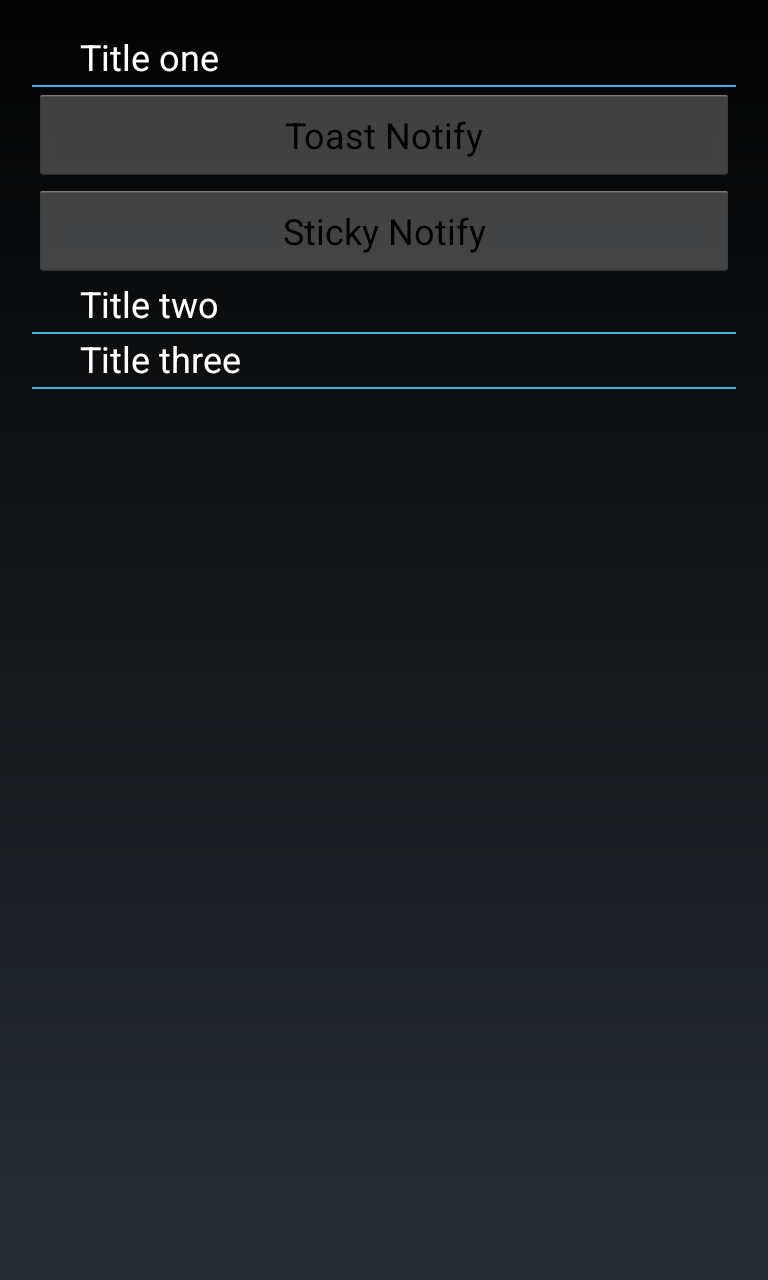
Repository: zubke/NotifyLib
Layout: Android-NotifySample/res/layout/activity_main.xml
The author's editor kept a copy of each file at every save. The layout is drawn from the files as they stood at one save, then again after the next save.
It is drawn on a 768 x 1280 px phone screen (xhdpi) without system bars, with theme AppTheme; the app's code is not run.

Above is the layout before, as saved 2013-10-07 19:34:56.

### Android-NotifySample/res/layout/activity_main.xml
<?xml version="1.0" encoding="utf-8"?>
<ScrollView xmlns:android="http://schemas.android.com/apk/res/android"
    android:layout_width="fill_parent"
    android:layout_height="fill_parent"
    android:background="@drawable/app_background" >

    <LinearLayout
        android:layout_width="match_parent"
        android:layout_height="wrap_content"
        android:orientation="vertical"
        android:paddingBottom="@dimen/activity_vertical_margin"
        android:paddingLeft="@dimen/activity_horizontal_margin"
        android:paddingRight="@dimen/activity_horizontal_margin"
        android:paddingTop="@dimen/activity_vertical_margin" >

        <TextView
            style="@style/Title"
            android:layout_width="wrap_content"
            android:layout_height="wrap_content"
            android:text="@string/title_one" />

        <View
            android:layout_width="match_parent"
            android:layout_height="@dimen/divider_height"
            android:layout_marginTop="@dimen/view_margin_top"
            android:background="@color/ics_blue_main" />

        <Button
            android:id="@+id/button1"
            android:layout_width="match_parent"
            android:layout_height="wrap_content"
            android:layout_below="@+id/textView1"
            android:text="Toast Notify" />

        <Button
            android:id="@+id/button2"
            android:layout_width="match_parent"
            android:layout_height="wrap_content"
            android:layout_below="@+id/button1"
            android:text="Sticky Notify" />

        <TextView
            style="@style/Title"
            android:layout_width="wrap_content"
            android:layout_height="wrap_content"
            android:text="@string/title_two" />

        <View
            android:layout_width="match_parent"
            android:layout_height="@dimen/divider_height"
            android:layout_marginTop="@dimen/view_margin_top"
            android:background="@color/ics_blue_main" />

                <TextView
            style="@style/Title"
            android:layout_width="wrap_content"
            android:layout_height="wrap_content"
            android:text="@string/title_three" />

        <View
            android:layout_width="match_parent"
            android:layout_height="@dimen/divider_height"
            android:layout_marginTop="@dimen/view_margin_top"
            android:background="@color/ics_blue_main" />

    </LinearLayout>

</ScrollView>

### Android-NotifySample/res/values/styles.xml
<resources xmlns:android="http://schemas.android.com/apk/res/android">

    <!--
        Base application theme, dependent on API level. This theme is replaced
        by AppBaseTheme from res/values-vXX/styles.xml on newer devices.
    -->
    <style name="AppBaseTheme" parent="android:Theme.Light">
        <!--
            Theme customizations available in newer API levels can go in
            res/values-vXX/styles.xml, while customizations related to
            backward-compatibility can go here.
        -->
    </style>

    <!-- Application theme. -->
    <style name="AppTheme" parent="AppBaseTheme">
        <!-- All customizations that are NOT specific to a particular API-level can go here. -->
    </style>


    <style name="Title" parent="android:style/Widget.TextView">
        <item name="android:layout_marginLeft">@dimen/title_margin_left</item>
        <item name="android:layout_marginRight">@dimen/title_margin_right</item>
        <item name="android:textAppearance">@android:style/TextAppearance.Medium</item>
        <item name="android:textColor">@color/white</item>
    </style>

    <style name="Content" parent="android:style/Widget.TextView">
        <item name="android:textColor">@color/white</item>
        <item name="android:textAppearance">@android:style/TextAppearance.Small</item>
    </style>

</resources>

### Android-NotifySample/res/drawable/app_background.xml
<?xml version="1.0" encoding="utf-8"?>
<shape
    xmlns:android="http://schemas.android.com/apk/res/android"
    android:shape="rectangle">
    >
<gradient
    android:angle="270"
    android:startColor="#ff020202"
    android:endColor="#ff272D33"
    android:type="linear" />
</shape>

### Android-NotifySample/res/values/dimens.xml
<resources>

    <!-- Default screen margins, per the Android Design guidelines. -->
    <dimen name="activity_horizontal_margin">16dp</dimen>
    <dimen name="activity_vertical_margin">16dp</dimen>
    <!--  Default title margins -->
    <dimen name="title_margin_left">24dp</dimen>
    <dimen name="title_margin_top">18dp</dimen>
	<dimen name="title_margin_right">16dp</dimen>
	<!--  -->
	<dimen name="view_margin_top">2dp</dimen>
	<dimen name="divider_height">1dp</dimen>
</resources>

### Android-NotifySample/res/values/strings.xml
<?xml version="1.0" encoding="utf-8"?>
<resources>

    <string name="app_name">Android-NotifySample</string>
    <string name="action_settings">Settings</string>
    <string name="hello_world">Hello world!</string>
	<string name="title_one">Title one</string>
	<string name="title_two">Title two</string>
	<string name="title_three">Title three</string>
	<string name="content_one">Hebban olla uogala nestas hagunnan hinase hic anda thu uuat unbidan uue nu</string>
	<string name="content_two">Hebban olla uogala nestas hagunnan hinase hic anda thu uuat unbidan uue nu</string>
		<string name="content_three">Hebban olla uogala nestas hagunnan hinase hic anda thu uuat unbidan uue nu</string>

</resources>

### Android-NotifySample/res/values/colors.xml
<?xml version="1.0" encoding="utf-8"?>
<resources>

    <color name="ics_blue_main">#33B5E5</color>
    <color name="ics_blue_sec">#0099CC</color>
    <color name="white">#FFFFFF</color>
</resources>

Loaded but not shown: Android-NotifySample/res/values-v11/styles.xml (common file); Android-NotifySample/res/values-v14/styles.xml (common file)

After the next save:
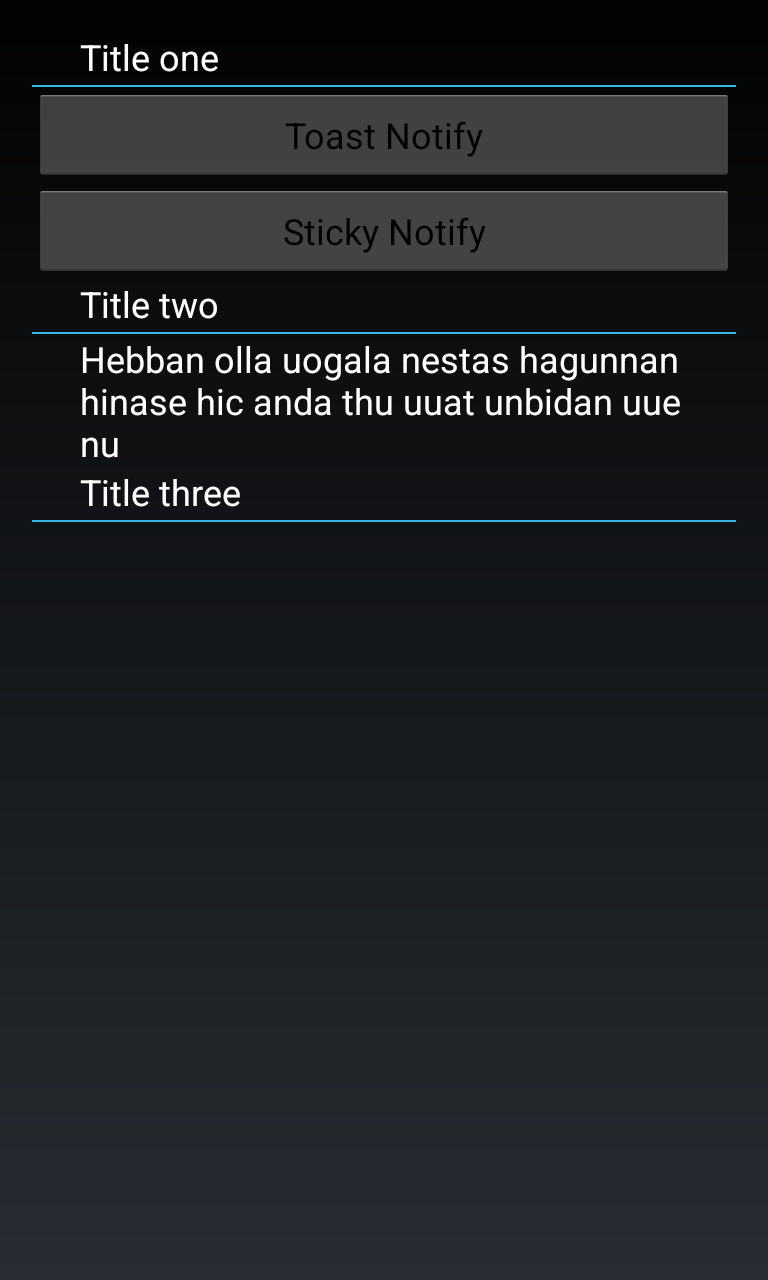
Saved 14 s later.
--- a/Android-NotifySample/res/layout/activity_main.xml
+++ b/Android-NotifySample/res/layout/activity_main.xml
@@ -51,7 +51,13 @@
             android:layout_marginTop="@dimen/view_margin_top"
             android:background="@color/ics_blue_main" />
 
-                <TextView
+         <TextView
+            style="@style/Title"
+            android:layout_width="wrap_content"
+            android:layout_height="wrap_content"
+            android:text="@string/content_one" />
+
+        <TextView
             style="@style/Title"
             android:layout_width="wrap_content"
             android:layout_height="wrap_content"
@@ -62,7 +68,6 @@
             android:layout_height="@dimen/divider_height"
             android:layout_marginTop="@dimen/view_margin_top"
             android:background="@color/ics_blue_main" />
-
     </LinearLayout>
 
 </ScrollView>
